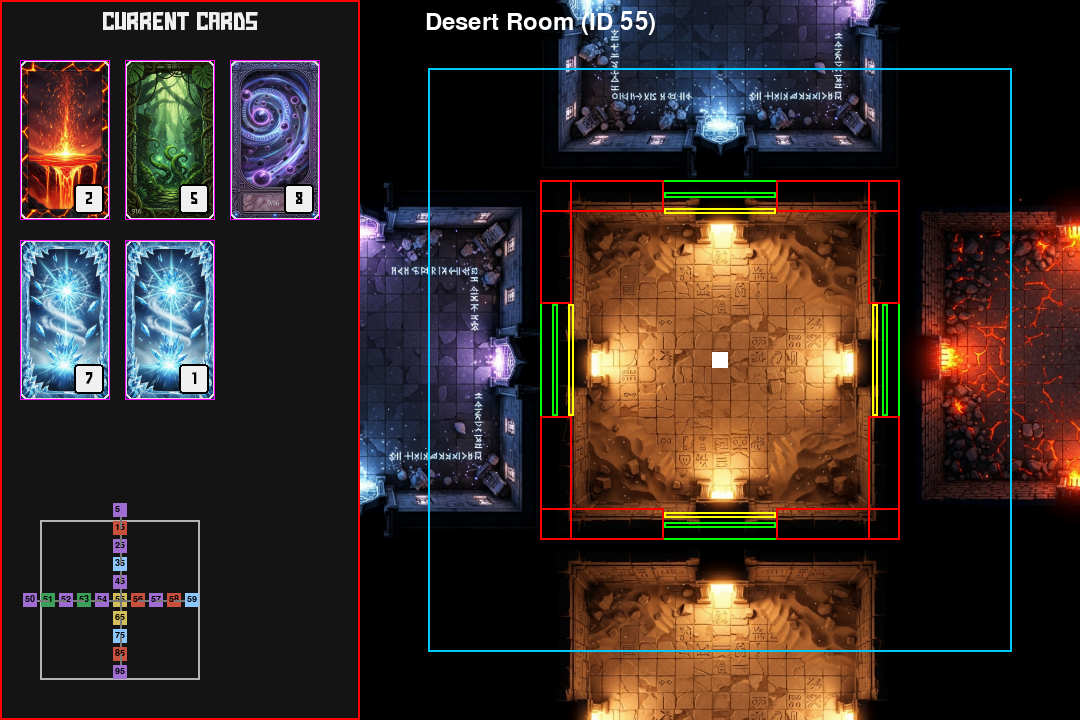
Repository: MehediMim/GateBound
Script's output: python main.py
These files come from the project's save history. The script's output is drawn as it stood at one moment and after the next save; the edit follows.
The window is shown after at most 60 frames with no key pressed. Random numbers start from a fixed seed. It also reads assets/bg_arcane.png, assets/bg_desert.png, assets/bg_ice.png, assets/bg_jungle.png, assets/bg_volcanic.png, assets/card_arcane.jpeg, assets/card_desert.jpeg, assets/card_ice.jpeg, assets/card_jungle.jpeg, assets/card_volcanic.jpeg, assets/retro.ttf.

Above is the script's output before, as saved 2026-01-26 19:55:40.

After the next save:
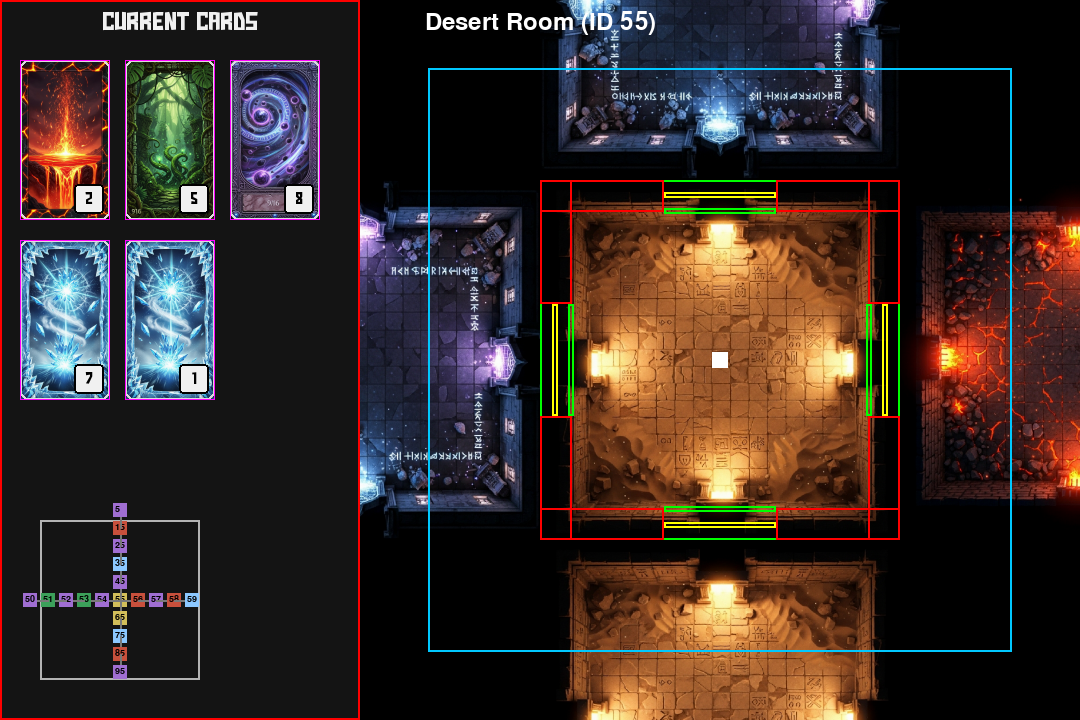
Saved 2 min 57 s later.
--- a/main.py
+++ b/main.py
@@ -115,38 +115,21 @@ ROOM_RECT = GAME_BOX_RECT.copy()
 
 GATE_THICK = 6
 
+# FREE gate is closer to room center (hit first)
 FREE_GATES = {
-    "top": pygame.Rect(ROOM_RECT.centerx - 56, ROOM_RECT.top + 12, 112, GATE_THICK),
+    "top":    pygame.Rect(ROOM_RECT.centerx - 56, ROOM_RECT.top + 28, 112, GATE_THICK),
+    "bottom": pygame.Rect(ROOM_RECT.centerx - 56, ROOM_RECT.bottom - 28 - GATE_THICK, 112, GATE_THICK),
+    "left":   pygame.Rect(ROOM_RECT.left + 28, ROOM_RECT.centery - 56, GATE_THICK, 112),
+    "right":  pygame.Rect(ROOM_RECT.right - 28 - GATE_THICK, ROOM_RECT.centery - 56, GATE_THICK, 112),
+}
+
+# LOCKED gate is closer to the edge (hit second)
+LOCKED_GATES = {
+    "top":    pygame.Rect(ROOM_RECT.centerx - 56, ROOM_RECT.top + 12, 112, GATE_THICK),
     "bottom": pygame.Rect(ROOM_RECT.centerx - 56, ROOM_RECT.bottom - 12 - GATE_THICK, 112, GATE_THICK),
-    "left": pygame.Rect(ROOM_RECT.left + 12, ROOM_RECT.centery - 56, GATE_THICK, 112),
-    "right": pygame.Rect(ROOM_RECT.right - 12 - GATE_THICK, ROOM_RECT.centery - 56, GATE_THICK, 112),
-}
-
-
-
-LOCKED_GATES = {
-    "top": pygame.Rect(
-        ROOM_RECT.centerx - 56,
-        ROOM_RECT.top + 28,
-        112, 6
-    ),
-    "bottom": pygame.Rect(
-        ROOM_RECT.centerx - 56,
-        ROOM_RECT.bottom - 28,
-        112, 6
-    ),
-    "left": pygame.Rect(
-        ROOM_RECT.left + 28,
-        ROOM_RECT.centery - 56,
-        6, 112
-    ),
-    "right": pygame.Rect(
-        ROOM_RECT.right - 28,
-        ROOM_RECT.centery - 56,
-        6, 112
-    ),
-}
-
+    "left":   pygame.Rect(ROOM_RECT.left + 12, ROOM_RECT.centery - 56, GATE_THICK, 112),
+    "right":  pygame.Rect(ROOM_RECT.right - 12 - GATE_THICK, ROOM_RECT.centery - 56, GATE_THICK, 112),
+}
 
 
 # =========================
